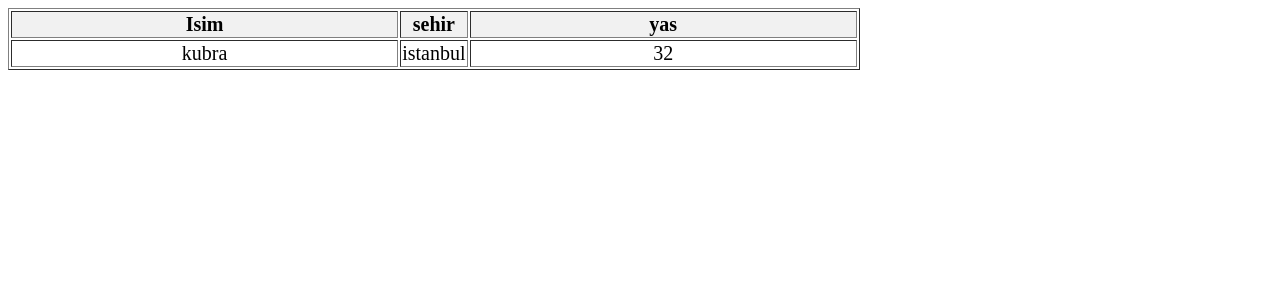
Repository: Kubraaygun/Html_Css_Login
Page: index.html
The author's editor kept a copy of each file at every save. The page is drawn from the files as they stood at one save, then again after a run of saves.
The browser window is 1280 px wide. The pictures show the whole page.

Above is the page before, as saved 2025-03-04 21:23:35.

After the next 2 saves:
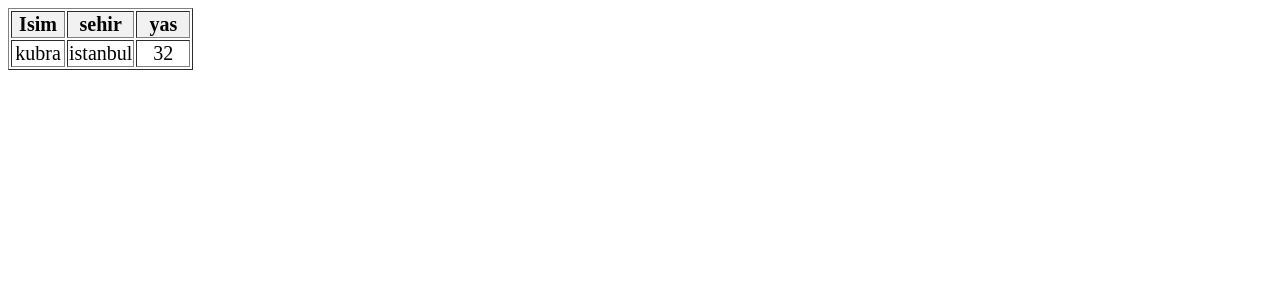
The 2 saves are shown as one change because they came seconds apart.
The last was saved 13 s later.
--- a/index.html
+++ b/index.html
@@ -10,9 +10,9 @@
   <body>
     <table border="1" style="text-align: center">
       <tr style="background-color: #f1f1f1">
-        <th style="width: 80px">Isim</th>
-        <th style="width: 8%">sehir</th>
-        <th style="width: 80px">yas</th>
+        <th style="width: 50px">Isim</th>
+        <th style="width: 50">sehir</th>
+        <th style="width: 50px">yas</th>
       </tr>
       <tr>
         <td>kubra</td>
